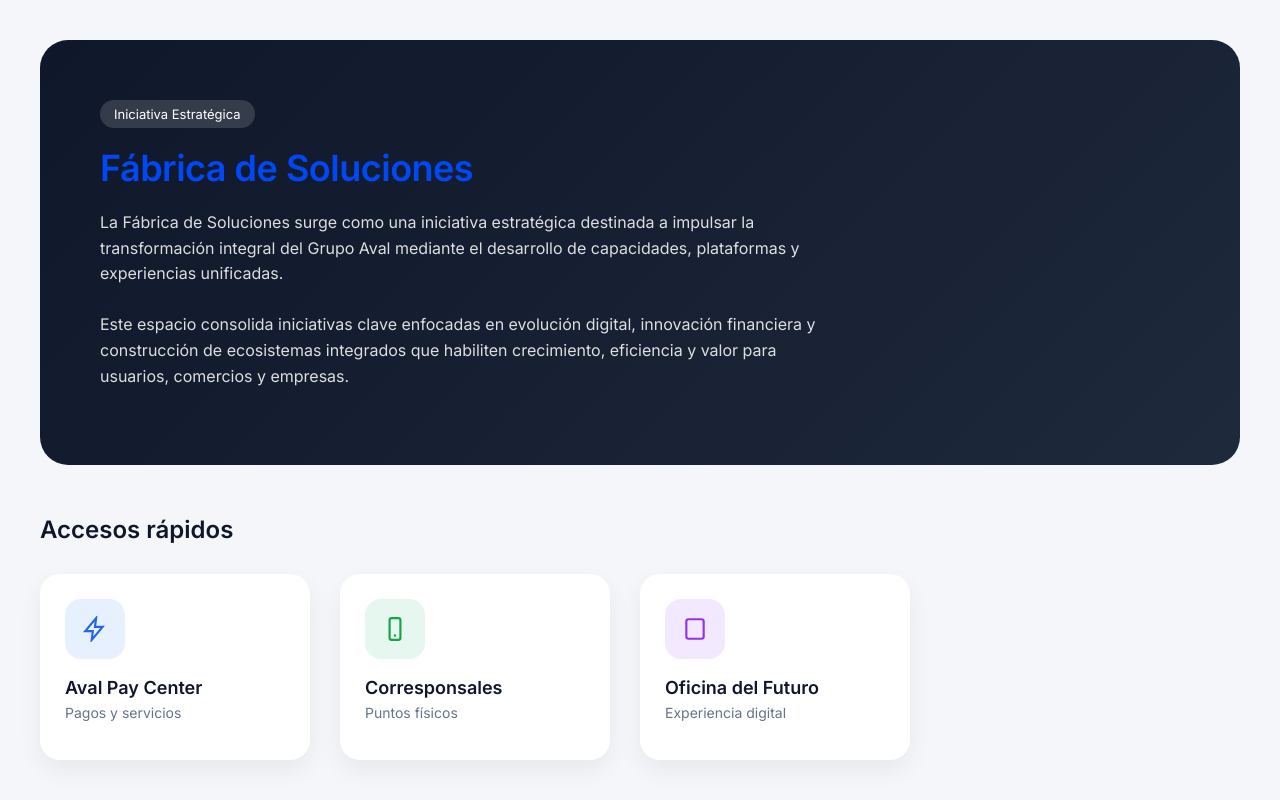
Repository: dalcava/Prototipos-Oficinas-del-futuro
Page: index.html
The author's editor kept a copy of each file at every save. The page is drawn from the files as they stood at one save, then again after the next save.
The browser window is 1280 px wide. The pictures show the whole page.

Above is the page before, as saved 2026-02-13 00:13:20.

After the next save:
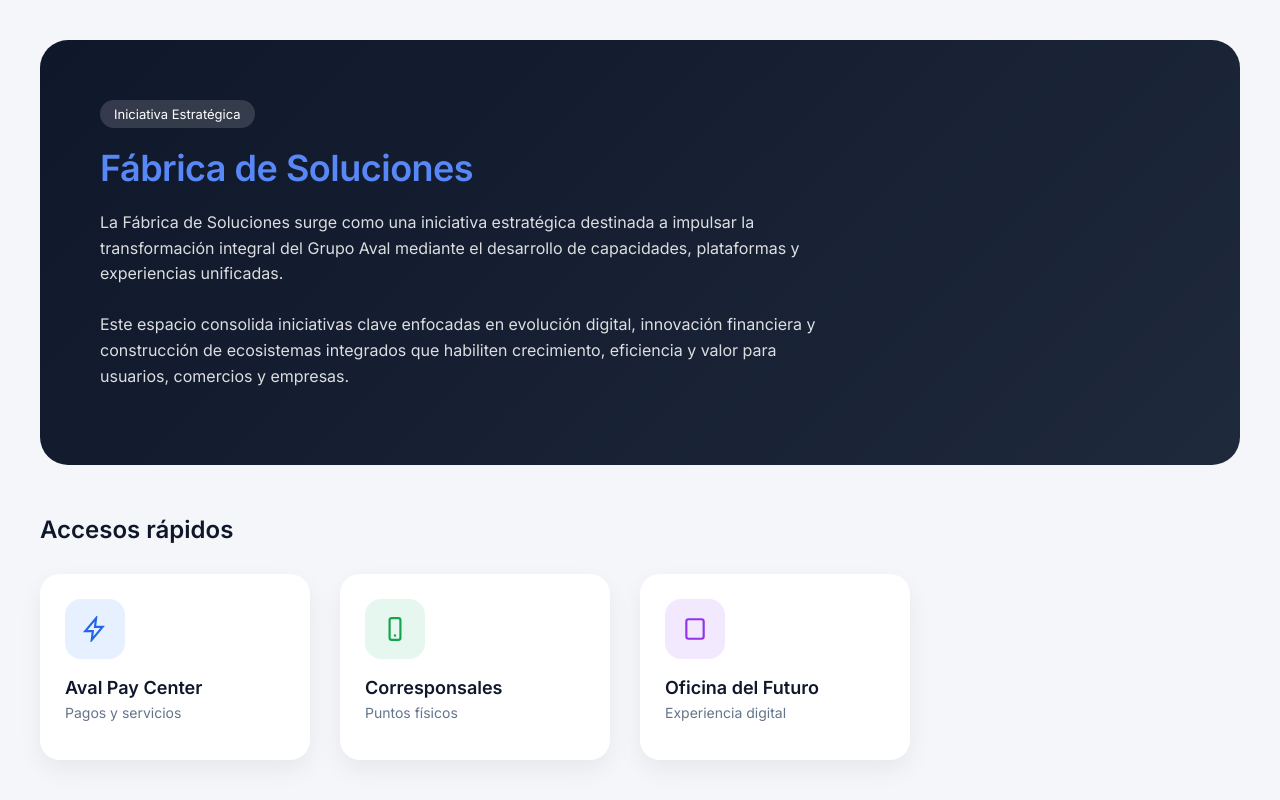
Saved 5 s later.
--- a/index.html
+++ b/index.html
@@ -49,7 +49,7 @@
     font-size: 36px;
     font-weight: 600;
     letter-spacing: -0.5px;
-    color: #0048F6;
+    color: #5888f7;
   }
 
   .hero p {
